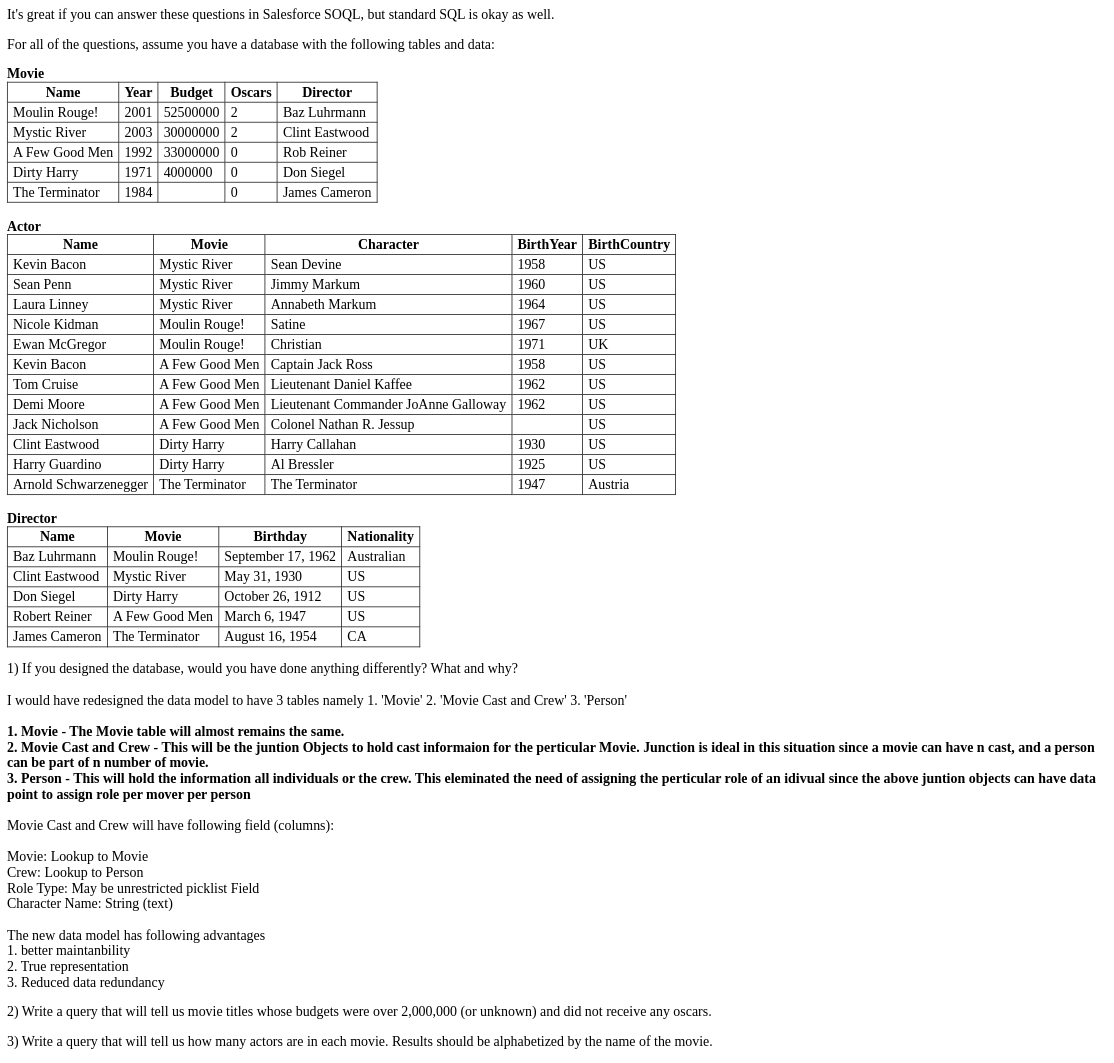
Repository: akhil33/AFFRM
Page: AFFIRM-NON-SFDC/Database.html
An editor plug-in stored every save of this project. The page is shown before and after the next save, followed by the edit.
The browser window is 1280 px wide. The pictures show the whole page, at 87% of full size.

Above is the page before, as saved 2022-04-07 21:14:36.

After the next save:
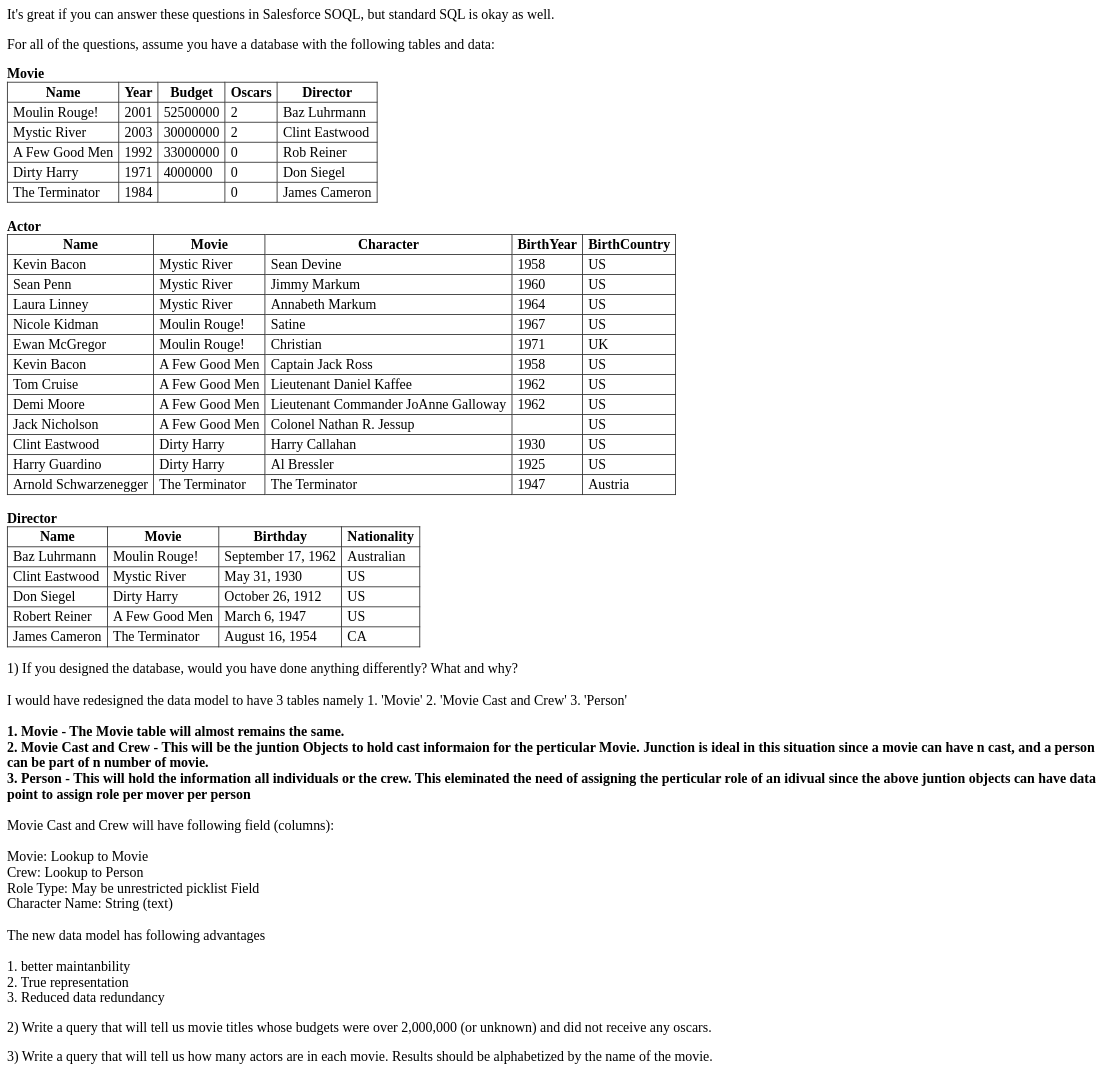
Saved 5 s later.
--- a/AFFIRM-NON-SFDC/Database.html
+++ b/AFFIRM-NON-SFDC/Database.html
@@ -211,7 +211,7 @@
 				Character Name: String (text) <br> <br>
 
 
-			The new data model has following advantages<br>
+			The new data model has following advantages<br><br>
 			1. better maintanbility<br>
 			2. True representation<br>
 			3. Reduced data redundancy<br>
